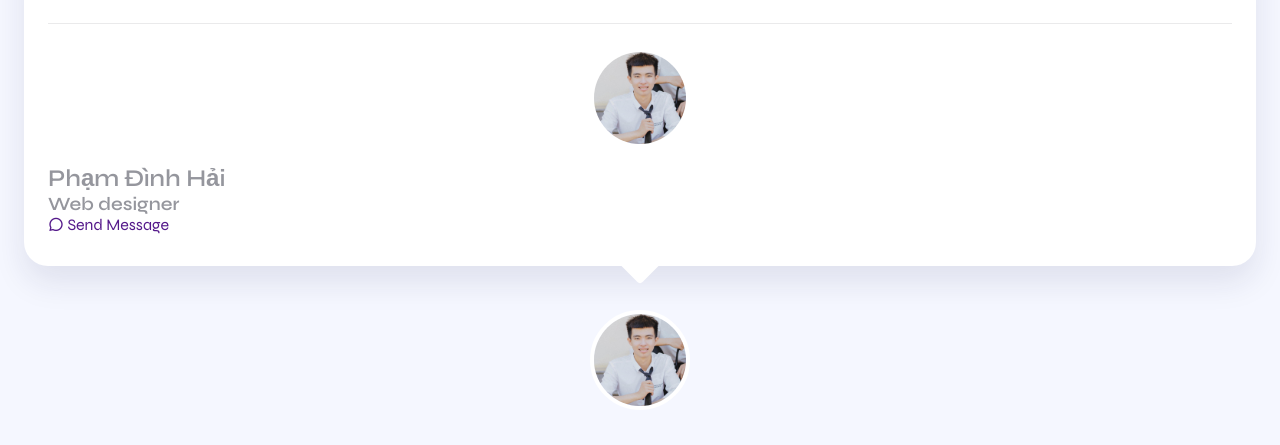
Repository: dinhhaidh/Profile
Page: index.html
These files come from the project's save history. The page is drawn as it stood at one moment and after the next save; the edit follows.
The browser window is 1280 px wide. The pictures show the whole page.
Some web libraries are served in a nearby version.

Above is the page before, as saved 2024-02-29 09:23:11.

### index.html
<!DOCTYPE html>
<html lang="en">
<head>
    <meta charset="UTF-8">
    <meta name="viewport" content="width=device-width, initial-scale=1.0">

    <!--=============== REMIXICONS ===============-->
    <link rel="stylesheet" href="https://cdnjs.cloudflare.com/ajax/libs/remixicon/4.0.1/remixicon.css">

    <!--=============== CSS ===============-->
    <link rel="stylesheet" href="style.css">

    <title>Profile card with tooltip</title>
</head>
<body>
    <div class="container">
        <article class="card__article">
            <div class="card__profile">
                <img src="./img/img.jpg" alt="image" class="card__profile-img">
            </div>

            <div class="card__tooltip">
                <div class="card__content">
                    <header class="card__header">
                        <span>Social</span>

                        <div class="card__social">
                            <a href="https://www.linkedin.com" target="_blank">
                                <i class="ri-linkedin-box-line"></i>
                            </a>

                            <a href="https://www.github.com" target="_blank">
                                <i class="ri-github-fill"></i>
                            </a>

                            <a href="https://www.dribbble.com" target="_blank">
                                <i class="ri-dribbble-line"></i>
                            </a>
                        </div>
                    </header>

                    <div class="card__data">
                        <div class="card__image">
                            <div class="card__mask">
                                <img src="./img/img.jpg" alt="image" class="card__img">
                            </div>

                            <span class="card__stutus">

                            </span>
                        </div>
                        <h2 class="card__name">Phạm Đình Hải</h2>
                        <h3 class="card__profession">Web designer</h3>

                        <a href="" class="card__button">
                            <i class="ri-chat-3-line"></i> <span>Send Message</span>
                        </a>
                    </div>
                </div>
            </div>
        </article>
    </div>
</body>
</html>

### style.css
/*=============== GOOGLE FONTS ===============*/
@import url("https://fonts.googleapis.com/css2?family=Syne:wght@400;500;600&display=swap");

/*=============== VARIABLES CSS ===============*/
:root {
    /*========== Colors ==========*/
    /*Color mode HSL(hue, saturation, lightness)*/
    --first-color: hsl(230, 100%, 50%);
    --second-color: hsl(150, 100%, 38%);
    --title-color: hsl(230, 24%, 12%);
    --text-color: hsl(230, 4%, 60%);
    --gray-color: hsl(230, 24%, 88%);
    --border-color: hsl(230, 4%, 92%);
    --body-color: hsl(230, 100%, 98%);
    --container-color: hsl(0, 0%, 100%);

    /*========== Font and typography ==========*/
    /*.5rem = 8px | 1rem = 16px ...*/
    --body-font: "Syne", sans-serif;
    --h2-font-size: 1.25rem;
    --normal-font-size: 1rem;
}

/*=============== BASE ===============*/
* {
    box-sizing: border-box;
    padding: 0;
    margin: 0;
}

body {
    font-family: var(--body-font);
    font-size: var(--normal-font-size);
    background-color: var(--body-color);
    color: var(--text-color);
}

a {
    text-decoration: none;
}

img {
    display: block;
    max-width: 100%;
    height: auto;
}

/*=============== CARD ===============*/
.container {
    height: 100vh;
    display: grid;
    place-items: center;
    margin-inline: 1.5rem;
    padding-block: 7rem;
}

.card__article {
    position: relative;
    align-items: flex-end;
    display: flex;
    justify-content: center;
}

.card__profile,
.card__mask {
    width: 100px;
    height: 100px;
    background-color: var(--gray-color);
    border-radius: 50%;
    overflow: hidden;
    display: flex;
    align-items: flex-end;
    justify-content: center;
    border: 4px solid var(--container-color);
    z-index: 5;
}

.card__profile img,
.card__mask img {
    width: 95px;
}

.card__tooltip {
    position: absolute;
    bottom: 4rem;
    padding-bottom: 5rem;
    /* transition: opacity .4s, bottom .4s cubic-bezier(.6, -.5, .3, 1.5);
    pointer-events: none;
    opacity: 0; */
}

.card__content {
    position: relative;
    width: calc(100vw - 3rem);
    background-color: var(--container-color);
    box-shadow: 0 16px 32px hsla(230, 50%, 20%, .1);
    padding: 2rem 1.5rem;
    border-radius: 1.5rem;
}

.card__content::after {
    content: "";
    width: 32px;
    height: 32px;
    background-color: var(--container-color);
    position: absolute;
    left: 0;
    right: 0;
    bottom: -.75rem;
    margin-inline: auto;
    border-radius: .25rem;
    rotate: 45deg;
}

.card__header {
    display: flex;
    justify-content: space-between;
    align-items: center;
    border-bottom: 1px solid var(--border-color);
    padding-bottom: 1.5rem;
    margin-bottom: 1.5rem;
}
.card__header span{
    color: var(--title-color);
    font-weight: 500;
}

.card__social {
    display: flex;
    column-gap: .75rem;
}

.card__social a{
    font-size: 1.25rem;
    color: var(--title-color);
}

.card__data {}

.card__image {
    width: 100px;
    height: 100px;
    position: relative;
    margin: 0 auto 1rem;
}


.card__img {}

.card__stutus {
    width: 12px;
    height: 12px;
    background-color: var(--second-color);
}

.card__name {}

.card__profession {}

.card__button {}

.ri-chat-3-line {}

/* Scale profile image */


/* Show tooltip card */


/*=============== BREAKPOINTS ===============*/
/* For medium devices */

After the next save:
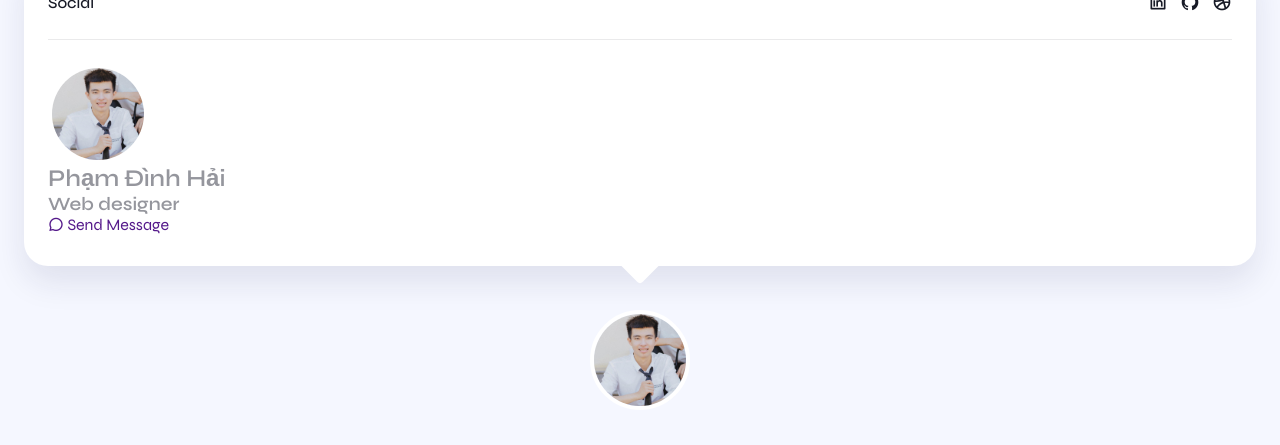
Saved 8 s later.
--- a/style.css
+++ b/style.css
@@ -137,12 +137,12 @@
 
 .card__data {}
 
-.card__image {
+/* .card__image {
     width: 100px;
     height: 100px;
     position: relative;
     margin: 0 auto 1rem;
-}
+} */
 
 
 .card__img {}

After the save that followed:
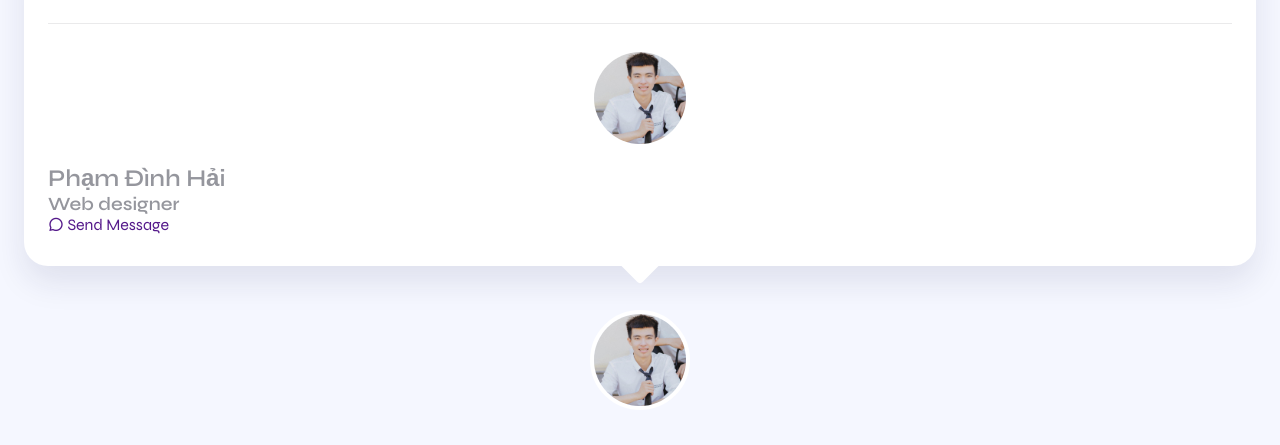
Saved 9 s later.
--- a/style.css
+++ b/style.css
@@ -137,12 +137,12 @@
 
 .card__data {}
 
-/* .card__image {
+.card__image {
     width: 100px;
     height: 100px;
     position: relative;
     margin: 0 auto 1rem;
-} */
+}
 
 
 .card__img {}
